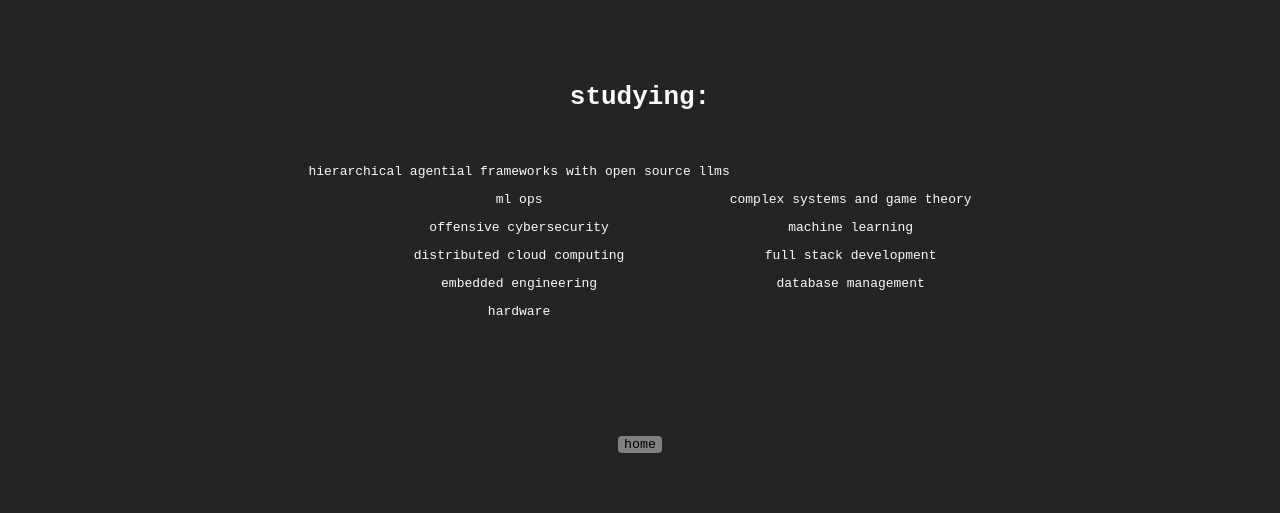
Repository: yellowspots/geneweb
Page: studying.html
An editor plug-in stored every save of this project. The page is shown before and after the next save, followed by the edit.
The browser window is 1280 px wide. The pictures show the whole page.

Above is the page before, as saved 2024-05-03 01:20:52.

### studying.html
<!DOCTYPE html>
<html>
    <link rel="stylesheet" type="text/css" href="styles.css">
<head>
    <title>courses</title>
</head>
<body>
    <div style="text-align: center; display: flex; align-items: center; justify-content: center; height: 20vh;">
        <h1>studying:</h1>
    </div>
    <div
    <div style="text-align: center; display: flex; flex-direction: column; align-items: center; justify-content: center; height: 20vh;">
        <div style="text-align: center; display: flex; flex-direction: row; align-items: center; justify-content: center; height: 20vh;">
            <div>

                <p>hierarchical agential frameworks with open source llms</p>
                <p>ml ops</p>
                <p>offensive cybersecurity</p>
                <p>distributed cloud computing</p>
                <p>embedded engineering</p>
                <p>hardware</p>
            </div>
            <div>
                <p>complex systems and game theory</p>
                <p>machine learning</p>
                <p>full stack development</p>
                <p>database management</p>
            </div>
        </div>
    </div>
</body>
<footer>
    <button class="home-button" onclick="window.location.href='index.html'">
        <span>home</span>
    </button>
</footer>
</html>

### styles.css
body {
    background: rgb(36, 36, 36);
    text-align: center;
    margin: 0;
    padding: 25px;
}

#worldmap {
    margin: 20px;
}

#worldmap svg {
    background: rgba(68, 71, 72, 0.4);
    border-radius: 200px;
    box-shadow: 0 0 10px rgba(0, 0, 0, 0.4);
}

.land {
    fill: rgba(143, 142, 142, 0.94);
}

#globesarecool {
    color: #8a8992;
    text-shadow: 0 0 10px rgba(210, 210, 210, 0.4);
}

h1, h2, a, p {
    color: rgb(250, 250, 254);
    font-family: monospace;
}

.my-button {
    background-color: #656161;
    color: #252424;
    border: none;
    padding: 10px 20px;
    font-family: monospace;
    text-align: center;
    text-decoration: none;
    display: inline-block;
    font-size: 16px;
    cursor: pointer;
    border-radius: 6px;
    margin-bottom: 10px;
    margin-right: 1.0%;
    max-width: 175px;
    width: 100%;
    max-height: 60px;
    overflow: hidden;
    white-space: nowrap;

}

.home-button {
    width: auto;
    font-family: monospace;
    cursor: pointer;
    max-width: 160px;
    border: none;
    background-color: grey;
    box-sizing: border-box;
    white-space: nowrap;
    overflow: hidden;
    border-radius: 4px;
    margin-top: 10%;
    text-overflow: ellipsis;
}


@media only screen and (max-width: 600px) {
    .my-button {
        flex-direction: row !important;
        flex-wrap: wrap;
        justify-content: center;
    }
}


@media only screen and (max-width: 600px) {
    h2, #globesarecool {
        font-size: 4vw; /* Reduce font size on smaller screens */
    }
}

After the next save:
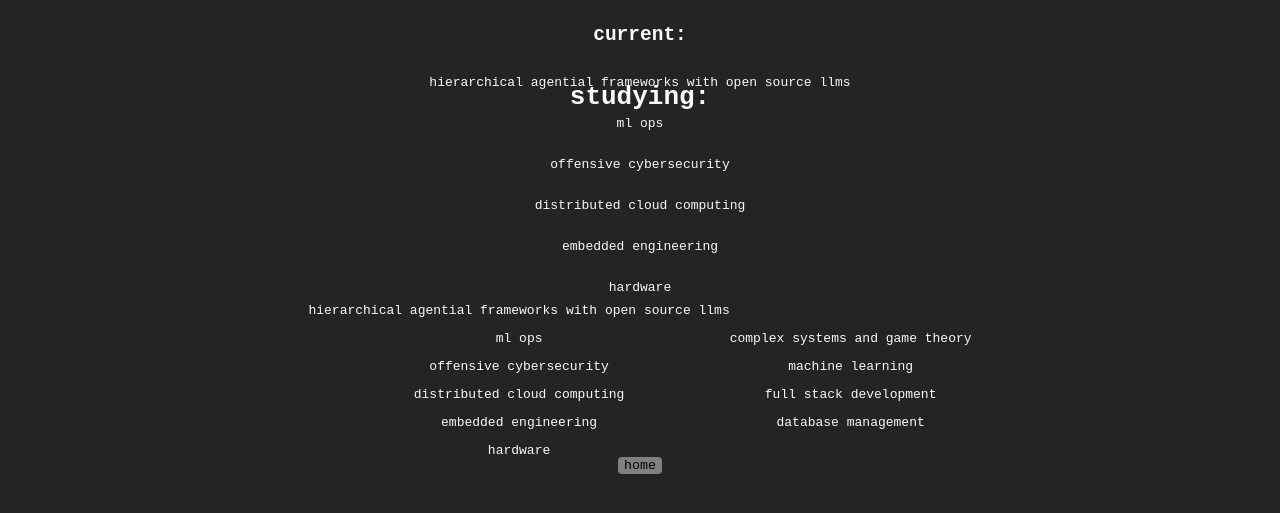
Saved 8 s later.
--- a/studying.html
+++ b/studying.html
@@ -8,7 +8,14 @@
     <div style="text-align: center; display: flex; align-items: center; justify-content: center; height: 20vh;">
         <h1>studying:</h1>
     </div>
-    <div
+    <div style="text-align: center; display: flex; flex-direction: column; align-items: center; justify-content: center; height: 20vh;">
+        <h2>current:</h2>
+        <p>hierarchical agential frameworks with open source llms</p>
+        <p>ml ops</p>
+        <p>offensive cybersecurity</p>
+        <p>distributed cloud computing</p>
+        <p>embedded engineering</p>
+        <p>hardware</p>
     <div style="text-align: center; display: flex; flex-direction: column; align-items: center; justify-content: center; height: 20vh;">
         <div style="text-align: center; display: flex; flex-direction: row; align-items: center; justify-content: center; height: 20vh;">
             <div>
